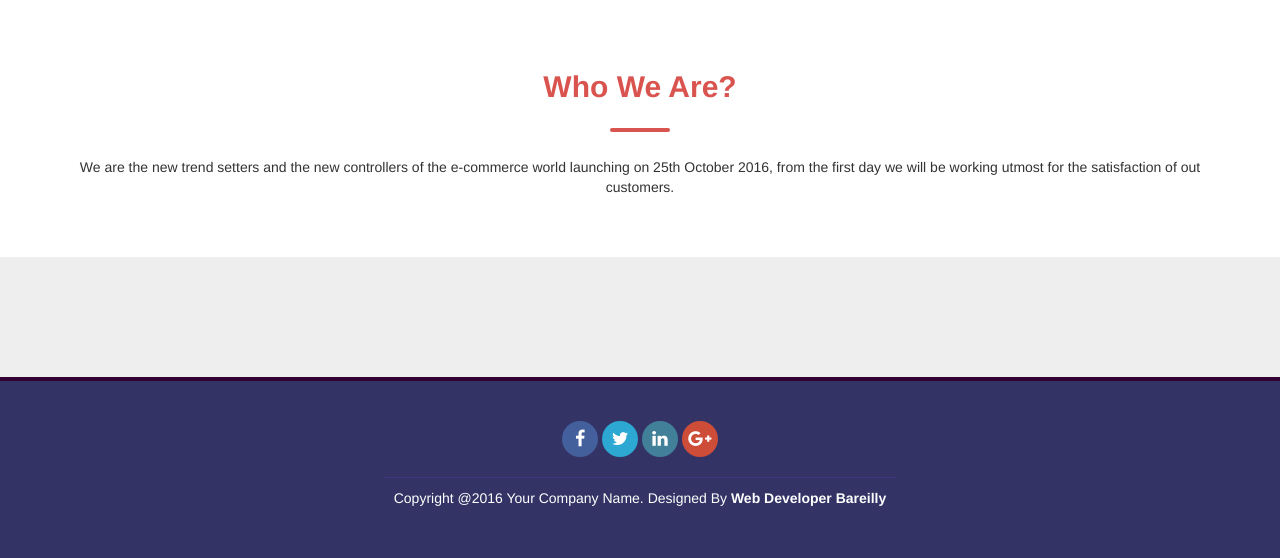
Repository: 31757/yash_webapp_01
Page: http://localhost/yash_webapp_01/WEB-INF/views/about.jsp
The author's editor kept a copy of each file at every save. The page is drawn from the files as they stood at one save, then again after the next save.
The browser window is 1280 px wide. The pictures show the part of the page from y = 414 to 972 px (the page is 972 px tall).
Some web fonts or font styles are not loaded; a fallback is used. Some web libraries are served in a nearby version. The page is served by Tomcat 9. Nobody is signed in. The template is opened directly, without the code that normally fills it, so the values that code supplies are empty.

Above is the page before, as saved 2016-10-24 12:24:03.

After the next save:
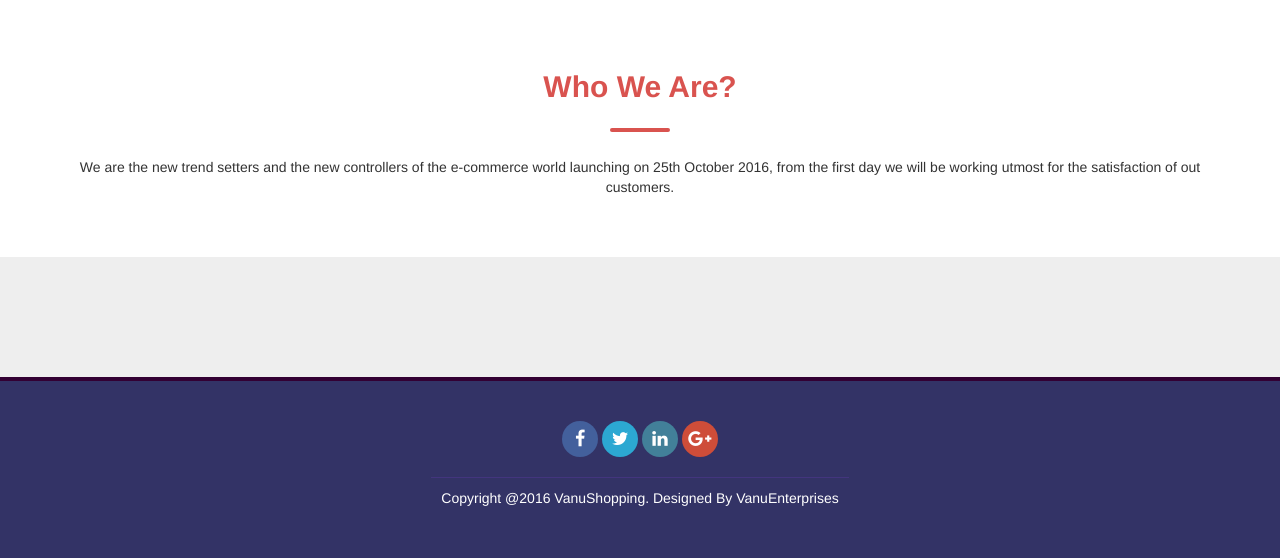
Saved 40 s later.
--- a/DT/yash_webapp_01/src/main/webapp/WEB-INF/views/footer.jsp
+++ b/DT/yash_webapp_01/src/main/webapp/WEB-INF/views/footer.jsp
@@ -9,7 +9,7 @@
 <div class="container">
         <p class="social"><a href=""><i class="fa fa-facebook"></i></a> <a href=""><i class="fa fa-twitter"></i></a> <a href=""><i class="fa fa-linkedin"></i></a> <a href=""><i class="fa fa-google-plus"></i></a></p>
 
-<p class="rights">Copyright @2016 Your Company Name. Designed By <!-- dont remove link --><a class="dont-remove" href="http://webdeveloperbareilly.in" target="_blank">Web Developer Bareilly</a></p>
+<p class="rights">Copyright @2016 VanuShopping. Designed By VanuEnterprises <!-- dont remove link --><a class="dont-remove" href="http://webdeveloperbareilly.in" target="_blank"></a></p>
 
 
 </div>
